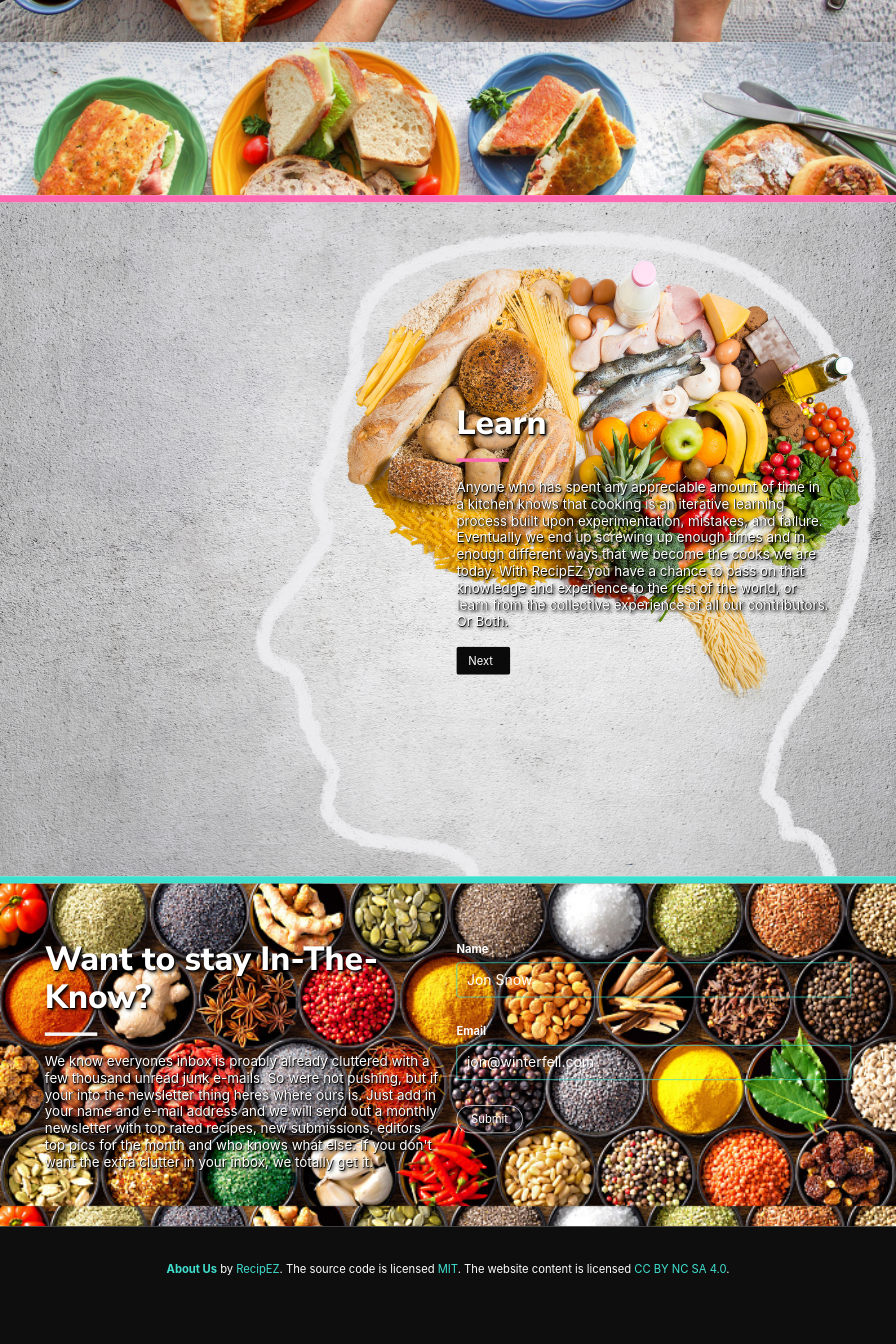
Repository: Amir-Hackett/RecipEZ
Page: assets/sub-pages/about-us.html
These files come from the project's save history. The page is drawn as it stood at one moment and after the next save; the edit follows.
The browser window is 1280 px wide. The pictures show the part of the page from y = 2107 to 4027 px (the page is 4027 px tall), at 70% of full size.
Some icons come from a web library that is not loaded, so they are not drawn. Backgrounds fixed to the window are drawn as part of the page. Some web libraries are served in a nearby version.

Above is the page before, as saved 2022-04-03 21:01:19.

### assets/sub-pages/about-us.html
<!DOCTYPE html>
<html>

  <head>
    <meta charset="utf-8">
    <meta http-equiv="X-UA-Compatible" content="IE=edge">
    <meta name="viewport" content="width=device-width, initial-scale=1">
    <title>RecipEZ About Us</title>
    <link href="https://fonts.googleapis.com/css2?family=Nunito+Sans:wght@400;600;800&display=swap" rel="stylesheet">
    <script src="https://kit.fontawesome.com/15181efa86.js" crossorigin="anonymous"></script>
    <link rel="stylesheet" href="https://unpkg.com/bulma@0.9.0/css/bulma.min.css" />
    <link rel="stylesheet" href="../css/about-us.css">
  </head>

  <body>
    <section class="hero is-medium">
      <div class="hero-body">
        <div class="container">
          <h1 class="title is-1 ">About RecipEZ<h1>
          <h2 class="subtitle">The last cooking reference you will ever need. <br> Discover, Share, Learn</h2>
          <a href="#discover" class="button is-white is-medium is-inverted">Learn More&ensp;<i class="fad fa-chevron-right"></i></a>
        </div>
      </div>
    </section>

    <section id="parallax-1" class="hero is-large ">
      <div class="hero-body">
        <div class="container">
          <div class="columns">
            <div id="discover" class="column is-6 is-offset-6">
              <h1 class="title is-1 ">Discover</h1>
              <hr class="content-divider">
              <h2 class="subtitle">We believe recipes should be easy to find, easy to understand, and as bare bones as possible to get you started. No one likes reading through 5 miles of blog post to find out the recipe that sounded like a great idea for dinner has that one ingredient the picky one will gag at the mere mention of. <br/>
              Here we will give you the recipe first, and the story second (if there is one worth reading). </h2></h2>
              <a href="#share" class="button is-white is-inverted">Next&ensp;<i class="fad fa-chevron-right"></i></a>
            </div>
          </div>
        </div>
      </div>
    </section>

    <section id="parallax-2" class="hero is-large ">
      <div class="hero-body">
        <div class="container">
          <div class="columns">
            <div class="column is-6">
              <h1 id="share" class="title is-1 ">Share</h1>
              <hr class="content-divider">
              <h2 class="subtitle">Rome wasn't built in a day. And neither was anyone's recipe collection. Ours is no exception to that universal rule of cooking, and one of the things that makes us stand apart is we don't taylor to just one type of recipe, one genre of food, we want everyone to share and swap recipes from all over the world all in one place. So help the rest of us broaden our culinary horizons by sharing a few of your own recipes with the rest of the world.   </h2>
              <a href="#learn" class="button is-white is-inverted">Next&ensp;<i class="fad fa-chevron-right"></i></a>
            </div>
          </div>
        </div>
      </div>
    </section>

    <section id="parallax-3" class="hero is-large ">
      <div class="hero-body">
        <div class="container">
          <div class="columns">
            <div class="column is-6 is-offset-6">
              <h1 id="learn" class="title is-1 ">Learn</h1>
              <hr class="content-divider">
              <h2 class="subtitle">Anyone who has spent any appreciable amount of time in a kitchen knows that cooking is an iterative learning process built upon experimentation, mistakes, and failure. Eventually we end up screwing up enough times and in enough different ways that we become the cooks we are today. With RecipEZ you have a chance to pass on that knowledge and experience to the rest of the world, or learn from the collective experience of all our contributors. <br/> Or Both. </h2>
              <a href="#meet" class="button is-white is-inverted">Next&ensp;<i class="fad fa-chevron-right"></i></a>
            </div>
          </div>
        </div>
      </div>
    </section>

    <section class="cta va">
      <div class="container">
        <div class="columns">
          <div class="column is-6">
            <h1 class="title is-1 ">Want to stay In-The-Know?</h1>
            <hr class="content-divider">
            <h2 class="subtitle">We know everyones inbox is proably already cluttered with a few thousand unread junk e-mails. So were not pushing, but if your into the newsletter thing heres where ours is. Just add in your name and e-mail address and we will send out a monthly newsletter with top rated recipes, new submissions, editors top pics for the month and who knows what else. If you don't want the extra clutter in your inbox, we totally get it. </h2>
          </div>
          <div class="column is-6">
            <div class="field">
              <label class="label">Name</label>
              <div class="control">
                <input class="input is-medium" type="text" placeholder="Jon Snow">
              </div>
            </div>
            <br>
            <div class="field">
              <label class="label">Email</label>
              <div class="control">
                <input class="input is-medium" type="email" placeholder="jon@winterfell.com">
              </div>
            </div>
            <br>
            <div class="field is-grouped">
              <div class="control">
                <button class="button is-white is-rounded is-outlined">Submit</button>
              </div>
            </div>
          </div>
        </div>
      </div>
    </section>

    <footer class="footer">
      <div class="content has-text-centered">
        <p>
          <strong>About Us</strong> by <a href="https://jgthms.com">RecipEZ</a>. The source code is licensed
          <a href="http://opensource.org/licenses/mit-license.php">MIT</a>. The website content
          is licensed <a href="http://creativecommons.org/licenses/by-nc-sa/4.0/">CC BY NC SA 4.0</a>.
        </p>
      </div>
    </footer>
  </body>

</html>

### assets/css/about-us.css
.va {
  display: flex;
  align-items: center;
}

.hero,
.cta {
  background-image: url(../images/all_the_colors.jpg);
  background-size: contain;
}

.cta {
  height: 500px;
  border-top: 10px solid turquoise;
}

footer {
  color: white;
  background: rgb(14, 14, 14) !important;
}

footer strong {
  color: turquoise;
}

footer a {
  color: turquoise;
}

.title {
  color: white;
  font-weight: 800;
  font-size: 4rem;
  font-family: 'Nunito Sans', sans-serif;
  text-shadow: 1px 1px 1px #000, 3px 3px 5px rgb(0, 0, 3);
}

.subtitle {
  color: white;
  font-size: 1.2rem;
  text-shadow: 1px 1px 1px #000, 3px 3px 5px rgb(0, 0, 3);
}

hr.content-divider {
  max-width: 75px;
  height: 5px;
}

#parallax-1 {
  background: url(../images/exotic_spices.jpg);
  background-attachment: fixed;
  background-position: center;
  background-repeat: no-repeat;
  background-size: cover;
  border-top: 10px solid coral;
}

#parallax-1 hr {
  background: coral;
}

#parallax-2 {
  background: url(../images/sharing_food.jpg);
  background-attachment: fixed;
  background-position: center;
  background-repeat: no-repeat;
  background-size: cover;
  border-top: 10px solid yellow;
}

#parallax-2 hr {
  background: yellow;
}

#parallax-3 {
  background: url(../images/learn.jpg);
  background-attachment: fixed;
  background-position: center;
  background-repeat: no-repeat;
  background-size: cover;
  border-top: 10px solid hotpink;
}

#parallax-3 hr {
  background: hotpink;
}

.label {
  color: white;
}

input {
  background: transparent !important;
  border: 1px solid turquoise !important;
  color: white !important;
}

input::placeholder {
  color: white !important;
}

After the next save:
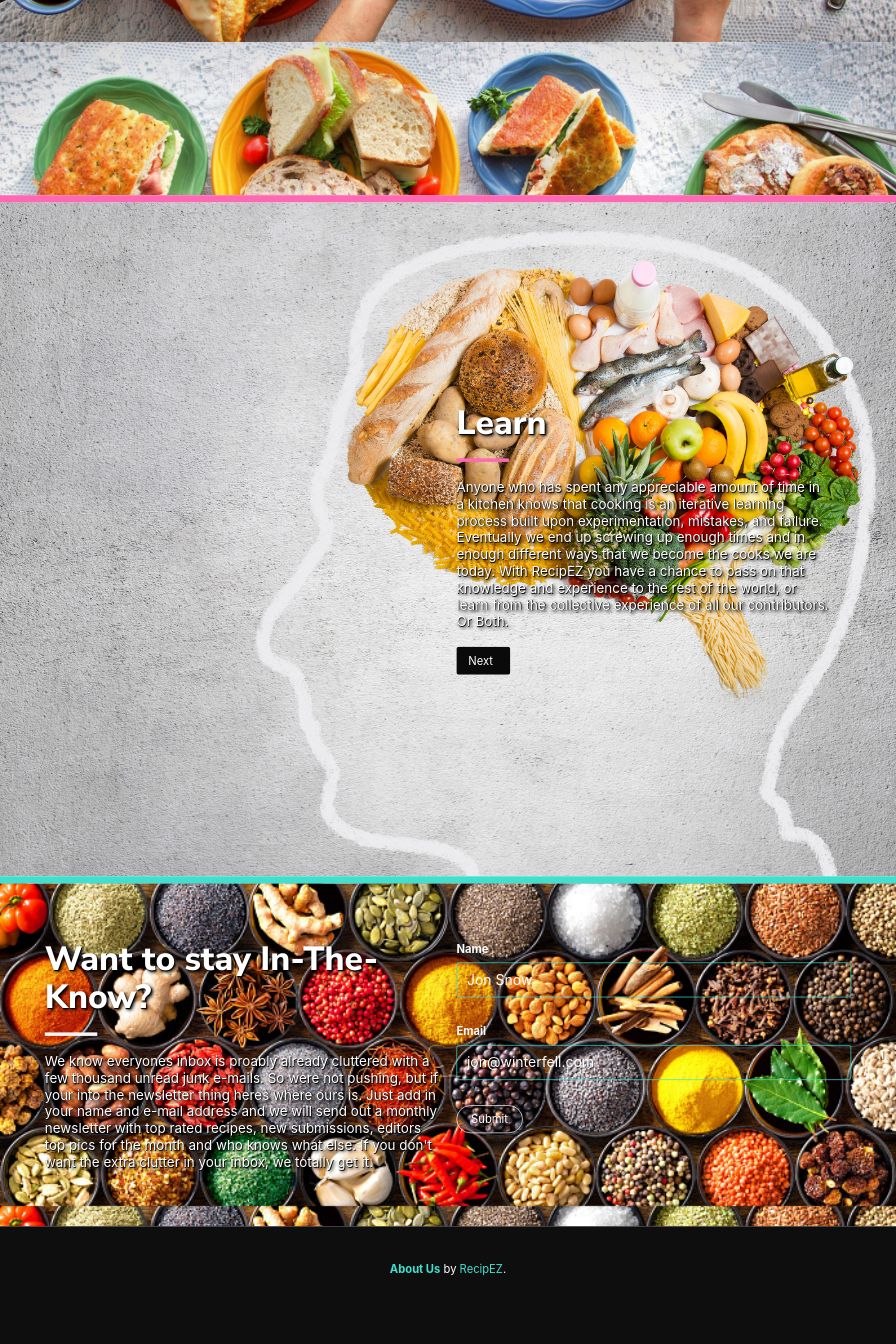
Saved 73 s later.
--- a/assets/sub-pages/about-us.html
+++ b/assets/sub-pages/about-us.html
@@ -105,9 +105,7 @@
     <footer class="footer">
       <div class="content has-text-centered">
         <p>
-          <strong>About Us</strong> by <a href="https://jgthms.com">RecipEZ</a>. The source code is licensed
-          <a href="http://opensource.org/licenses/mit-license.php">MIT</a>. The website content
-          is licensed <a href="http://creativecommons.org/licenses/by-nc-sa/4.0/">CC BY NC SA 4.0</a>.
+          <strong>About Us</strong> by <a href="/index.html">RecipEZ</a>.
         </p>
       </div>
     </footer>
